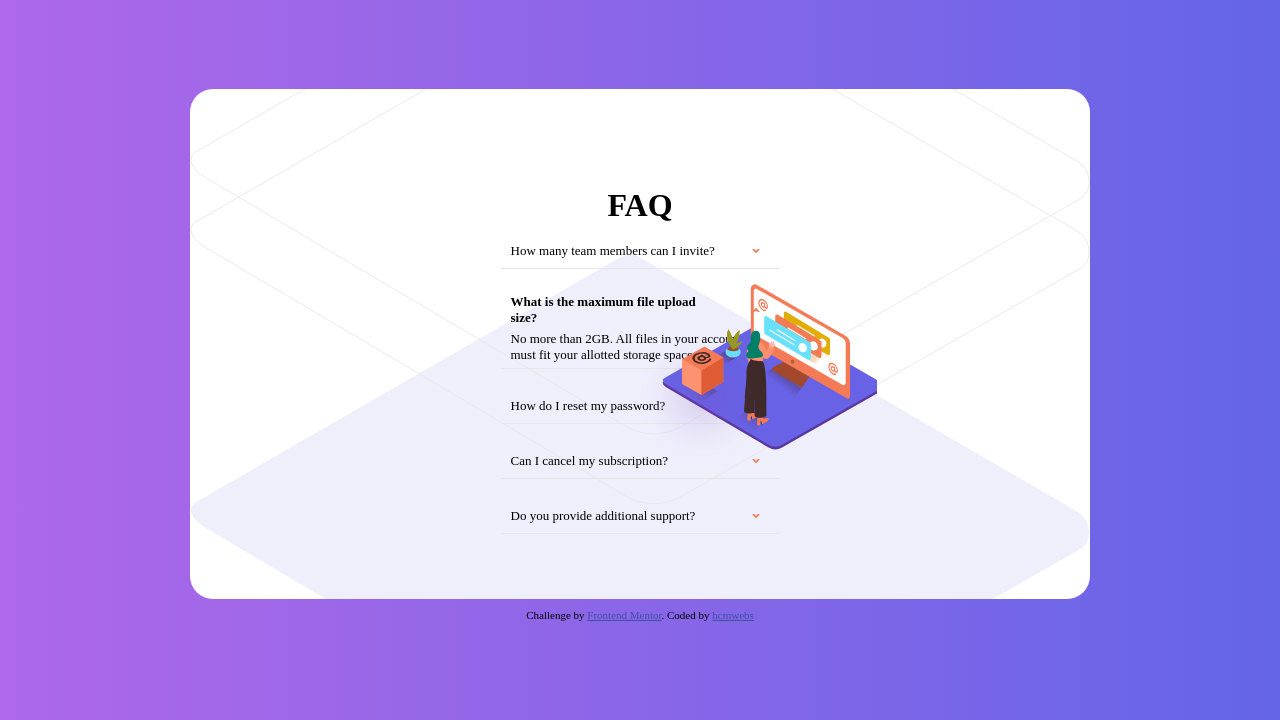
Repository: Hcmwebs/faq-accordion-card
Page: index.html
An editor plug-in stored every save of this project. The page is shown before and after the next save, followed by the edit.
The browser window is 1280 px wide. The pictures show the whole page.
The style sheet was rebuilt from its Sass, Less or Tailwind sources for each picture, by a compiler version that may differ from the author's.

Above is the page before, as saved 2020-11-08 08:19:11.

After the next save:
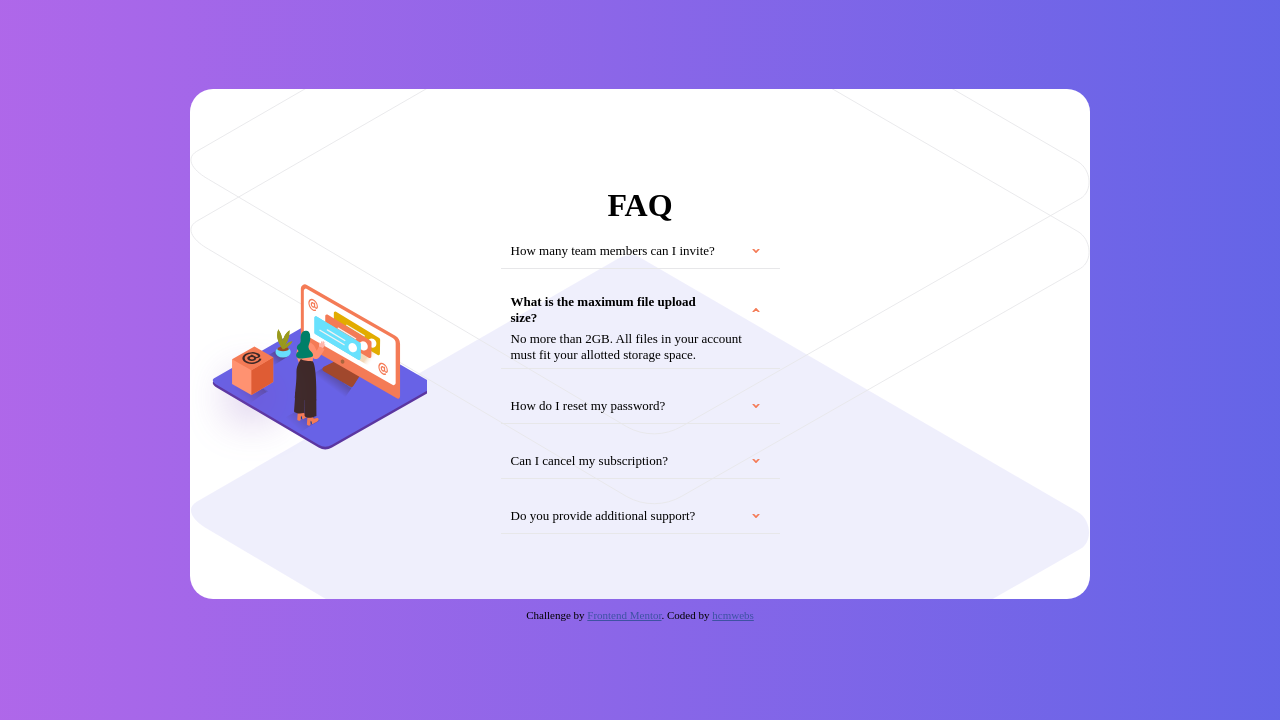
Saved 11 s later.
--- a/scss/_medias.scss
+++ b/scss/_medias.scss
@@ -16,7 +16,7 @@
 
       &__header{
         top:  50%;
-        left: 50%;
+        left: 0;
       }
     }
   }
